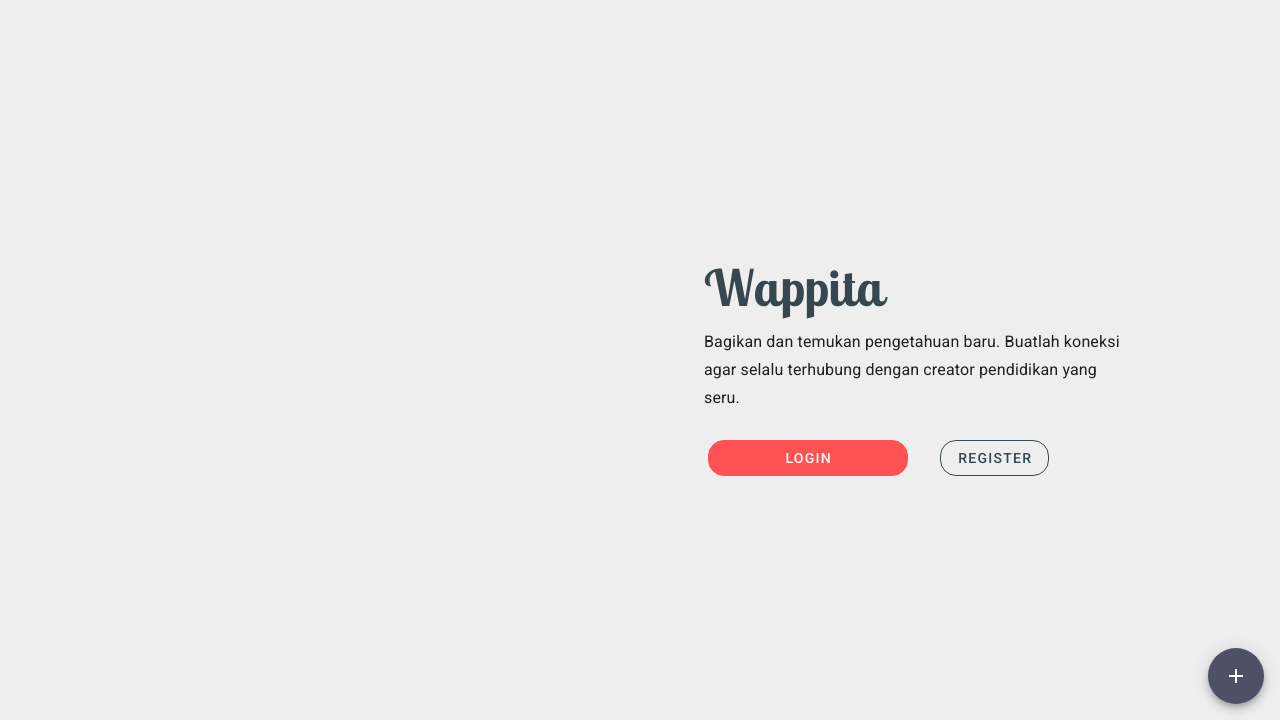
Repository: wildanpurnomo/kulia-fe
Page: /
An editor plug-in stored every save of this project. The page is shown before and after the next save, followed by the edit.
The browser window is 1280 px wide. The pictures show the whole page.
The page's requests for data from a server got no answer. The project was rebuilt for these pictures with package versions that can differ from the ones it lists, and the page was loaded fresh each time. No one was signed in, and anything a server would have sent is missing. Also part of the build but not shown: vue.config.js. Imported but missing from the stored project, and not drawn on this page: src/views/partials/main/MyProfile.vue.

Above is the page before, as saved 2020-11-27 22:50:46.

### src/router/index.js
import Vue from 'vue'
import VueRouter from 'vue-router'
import { landingRouter } from './landing.router'
import { authRouter } from './auth.router'
import { mainRouter } from './main.router'
import { fallbackRouter } from './404.router'

Vue.use(VueRouter)

const routes = [
  landingRouter,
  authRouter,
  mainRouter,
  fallbackRouter
]

const router = new VueRouter({
  mode: 'history',
  base: process.env.BASE_URL,
  routes
})

export default router

### src/store/index.js
import Vue from 'vue'
import Vuex from 'vuex'
import { auth } from './auth.store'
import { content } from './content.store'

Vue.use(Vuex)

export default new Vuex.Store({
  modules: {
    auth,
    content,
  }
})

### src/router/landing.router.js
export const landingRouter = {
    path: '/',
    name: 'Landing',
    component: () => import('@/views/Landing.vue')
}

### src/router/auth.router.js
export const authRouter = {
    path: '',
    component: () => import('@/views/Auth.vue'),
    children: [
        {
            path: '/login',
            name: 'Login',
            component: () => import('@/views/partials/auth/Login.vue')
        },
        {
            path: '/register',
            name: 'Register',
            component: () => import('@/views/partials/auth/Register.vue')
        }
    ]
}

### src/router/main.router.js
export const mainRouter = {
    path: '',
    component: () => import('@/views/Main.vue'),
    children:[
        {
            path: '/home',
            name: 'Home',
            component: () => import('@/views/partials/main/Home.vue')
        },
        {
            path:'/my-content',
            name: 'MyContent',
            component: () => import('@/views/partials/main/MyContent.vue')
        },
        {
            path:'/add-content',
            name: 'AddContent',
            component: () => import('@/views/partials/main/AddContent.vue')
        },
        {
            path:'/edit-content/:contentId',
            name: 'EditContent',
            component: () => import('@/views/partials/main/AddContent.vue')
        },
        {
            path:'/my-profile',
            name: 'MyProfile',
            component: () => import('@/views/partials/main/MyProfile.vue')
        },
        {
            path:'/my-following',
            name: 'MyFollowing',
            component: () => import('@/views/partials/main/MyFollowing.vue')
        }
    ]
}

### src/router/404.router.js
export const fallbackRouter = {
    path: '*',
    name: 'Fallback',
    component: () => import('@/views/404.vue')
}

### src/store/auth.store.js
import AuthService from '@/services/auth.service';
import UserModel from '@/models/user.model';

const initialAuthState = { userData: new UserModel() };

export const auth = {
    namespaced: true,
    state: initialAuthState,
    actions: {
        login({ commit }, userData) {
            return AuthService.login(userData)
                .then(
                    response => {
                        commit('authSuccess', response.data.data);
                        return Promise.resolve(response);
                    },
                    error => {
                        return Promise.reject(error);
                    }
                )
        },
        register({ commit }, userData) {
            return AuthService.register(userData)
                .then(
                    response => {
                        commit('authSuccess', response.data.data);
                        return Promise.resolve(response);
                    },
                    error => {
                        return Promise.reject(error);
                    }
                )
        },
        logout({ commit }) {
            return AuthService.logout()
                .then(
                    response => {
                        commit('logoutSuccess');
                        return Promise.resolve(response);
                    },
                    error => {
                        return Promise.reject(error);
                    }
                );
        },
        authenticate({ commit }) {
            return AuthService.authenticate()
                .then(
                    response => {
                        commit('authSuccess', response.data.data);
                        return Promise.resolve(response);
                    },
                    error => { return Promise.reject(error); }
                )
        },
    },
    mutations: {
        authSuccess(state, userData) {
            state.userData = userData;
        },
        logoutSuccess(state) {
            state.userData = initialAuthState.userData;
        },
    },
    getters: {
        userData: (state) => {
            return state.userData;
        }
    }
}

### src/store/content.store.js
import ContentService from '@/services/content.service';
import ContentModel from '@/models/content.model';

const initialContentState = {
    personalContentList: [],
    detailContent: new ContentModel()
};

export const content = {
    namespaced: true,
    state: initialContentState,
    actions: {
        getContentById({ commit }, contentId) {
            return ContentService.getContentById(contentId)
                .then(
                    response => {
                        commit('updateDetailContent', response.data.data);
                        return Promise.resolve(response);
                    },
                    error => {
                        return Promise.reject(error);
                    }
                )
        },
        getPersonalContent({ commit }) {
            return ContentService.getPersonalContent()
                .then(
                    response => {
                        commit('updatePersonalContentList', response.data.data);
                        return Promise.resolve(response);
                    },
                    error => {
                        return Promise.reject(error);
                    }
                );
        },
        getContentByCreatorId({ commit }, creatorId) {
            return ContentService.getContentByCreatorId(creatorId)
                .then(
                    response => {
                        commit('doNothing');
                        return Promise.resolve(response);
                    },
                    error => {
                        return Promise.reject(error);
                    }
                );
        },
        createContent({ commit }, contentData) {
            return ContentService.createContent(contentData)
                .then(
                    response => {
                        commit('updatePersonalContentList', response.data.data);
                        return Promise.resolve(response);
                    },
                    error => {
                        return Promise.reject(error);
                    }
                );
        },
        editContent({ commit }, contentData) {
            return ContentService.editContent(contentData)
                .then(
                    response => {
                        commit('updatePersonalContentList', response.data.data);
                        return Promise.resolve(response);
                    },
                    error => {
                        return Promise.reject(error);
                    }
                );
        },
        deleteContent({ commit }, contentId) {
            return ContentService.deleteContent(contentId)
                .then(
                    response => {
                        commit('updatePersonalContentList', response.data.data);
                        return Promise.resolve(response);
                    },
                    error => {
                        return Promise.reject(error);
                    }
                );
        },
        resetState({ commit }) {
            commit('resetState');
        }
    },
    mutations: {
        updateDetailContent(state, contentData) {
            state.detailContent = contentData;
        },
        updatePersonalContentList(state, contentList) {
            state.personalContentList = contentList;
        },
        resetState(state) {
            state.personalContentList = [],
            state.detailContent = new ContentModel()
        },
        doNothing() { }
    },
    getters: {
        personalContentList: (state) => {
            return state.personalContentList;
        },
        detailContent: (state) => {
            return state.detailContent;
        }
    }
}

### src/views/Landing.vue
<template>
<v-main class="grey lighten-3">
  <v-container fill-height>
    <v-row align="center">
      <v-col cols="6">
        <v-img src="../assets/image.png"></v-img>
      </v-col>
      <v-spacer></v-spacer>
      <v-col cols="6" class="pa-15">
        <v-card-title class="font blue-grey--text text--darken-3">
          Wappita
        </v-card-title>
        <v-card-text class="pt-2 text-subtitle-1" width="100">
          Bagikan dan temukan pengetahuan baru. Buatlah koneksi agar selalu terhubung dengan creator pendidikan yang seru.
        </v-card-text>
        <v-row class="pl-8 pt-6">
          <div class="mr-8">
            <v-btn
              class="white--text red accent-2 rounded-xl"
              outlined
              :to="{ name: 'Login' }"
              width="200"
            >Login</v-btn>
          </div>
          <div>
            <v-btn
              class="blue-grey--text text--darken-3 rounded-xl"
              outlined
              :to="{ name: 'Register' }"
            >Register</v-btn>
          </div>
        </v-row>
      </v-col>
    </v-row>

   <div><AddContent /></div>
  </v-container>
</v-main>
</template>

<script>
import AddContent from "@/components/AddContent.vue";

export default {
  name: "Landing",
  components: {
    AddContent,
  },

  data: () => ({
    //
  }),
};
</script>
<style>
@import url('https://fonts.googleapis.com/css2?family=Lobster+Two:wght@700&display=swap');
.font{
  font-family: Lobster Two;
  font-size: 50px;
}
</style>

### src/services/auth.service.js
import BaseService from './base.service';

class AuthService extends BaseService {
    constructor() {
        super();
    }

    login(userData) {
        return this.sendAPIRequest('/auth/login', 'POST', userData);
    }

    register(userData) {
        return this.sendAPIRequest('/auth/register', 'POST', userData);
    }

    logout() {
        return this.sendAPIRequest('/auth/logout', 'POST');
    }

    authenticate() {
        return this.sendAPIRequest('/auth/authenticate', 'GET');
    }
}

export default new AuthService();

### src/models/user.model.js
export default class User {
    constructor() {
        this.username = '';
        this.password = '';
        this.passwordConfirmation = '';
        this.email = '';
    }
}

### src/services/content.service.js
import BaseService from './base.service';

class ContentService extends BaseService {
    constructor() {
        super();
    }

    getContentById(contentId) {
        return this.sendAPIRequest(`/content/${contentId}`, 'GET');
    }

    getPersonalContent() {
        return this.sendAPIRequest('/content/personal/me', 'GET');
    }

    getContentByCreatorId(creatorId) {
        return this.sendAPIRequest(`/content/by_creator/${creatorId}`, 'GET');
    }

    createContent(contentData) {
        return this.sendAPIRequest('/content', 'POST', contentData);
    }

    editContent(contentData) {
        return this.sendAPIRequest(`/content/edit/${contentData._id}`, 'PUT', contentData);
    }

    deleteContent(contentId) {
        return this.sendAPIRequest(`/content/delete/${contentId}`, 'DELETE');
    }
}

export default new ContentService();

### src/models/content.model.js
export default class ContentModel {
    constructor(title = '', description = '') {
        this.title = title;
        this.description = description;
    }
}

### src/components/AddContent.vue
<template>
<v-container>
  <v-fab-transition>
    <v-btn
      fab
      medium
      dark
      bottom
      right
      fixed
      :color="colorTheme"
      :to="{ name: 'Login' }"
    >
      <v-icon>mdi-plus</v-icon>
    </v-btn>
  </v-fab-transition>
</v-container>
</template>

<script>

export default {
    name: "Content",
    data: () => ({
       colorTheme: "#4F4F68"
    })
}
</script>

### src/services/base.service.js
import axios from 'axios';

export default class BaseService {
    constructor() {
        this.baseUrl = process.env.VUE_APP_API_BASE_URL;
        //this.baseUrl = 'http://localhost:3000/api';
    }

    sendAPIRequest(endpoint, method = 'GET', requestBody = null) {
        requestBody = requestBody === null ? {} : requestBody;
        let result;
        if (method === 'GET') {
            result = axios.get(`${this.baseUrl}${endpoint}`, { params: requestBody });
        } else if (method === 'POST') {
            result = axios.post(`${this.baseUrl}${endpoint}`, requestBody);
        } else if (method === 'PUT') {
            result = axios.put(`${this.baseUrl}${endpoint}`, requestBody);
        } else if (method === 'DELETE') {
            result = axios.delete(`${this.baseUrl}${endpoint}`, requestBody);
        }
        return result
            .then(
                response => {
                    this.logResponseIfDebug(endpoint, response.data);
                    return response;
                }
            );
    }

    logResponseIfDebug(endpoint, responseData) {
        if (process.env.NODE_ENV === 'development') {
            console.log(`Response from ${endpoint}`, responseData);
        }
    }
}

Loaded but not shown: public/index.html (common file); src/main.js (common file); src/App.vue (common file); src/registerServiceWorker.js (common file); src/plugins/vuetify.js (common file)

After the next save:
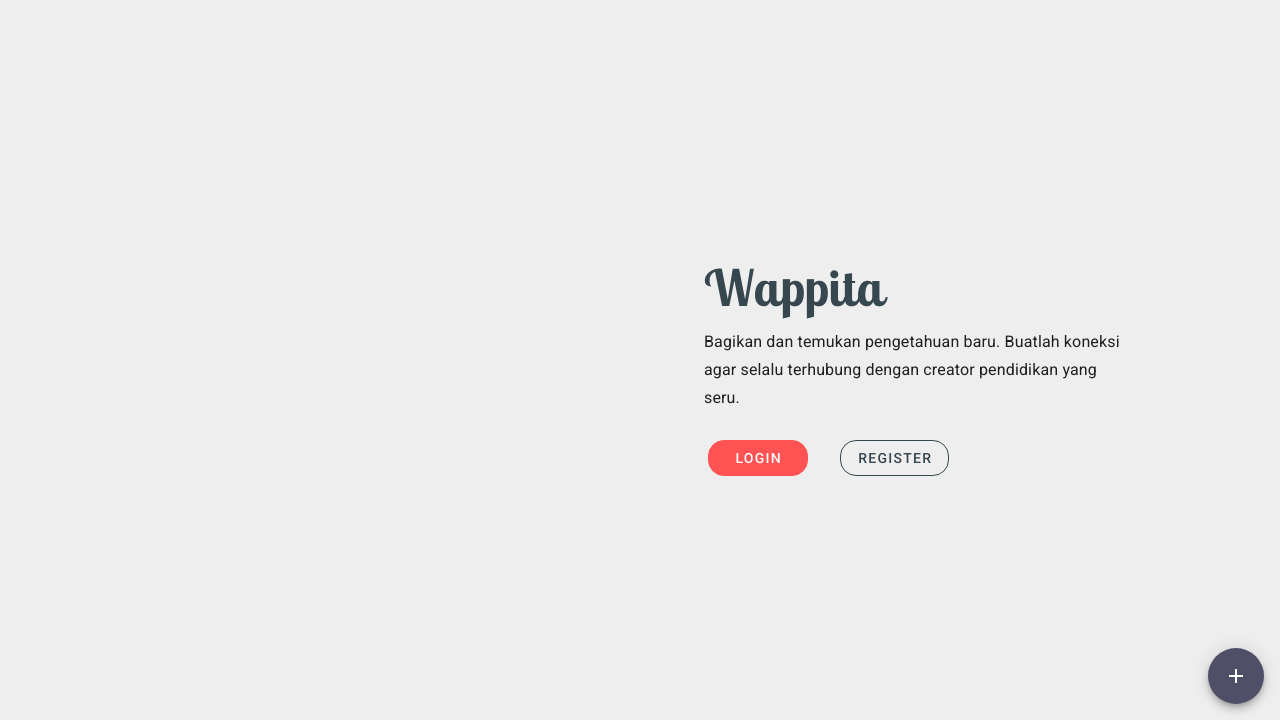
Saved 59 s later.
--- a/src/views/Landing.vue
+++ b/src/views/Landing.vue
@@ -19,7 +19,7 @@
               class="white--text red accent-2 rounded-xl"
               outlined
               :to="{ name: 'Login' }"
-              width="200"
+              width="100"
             >Login</v-btn>
           </div>
           <div>
